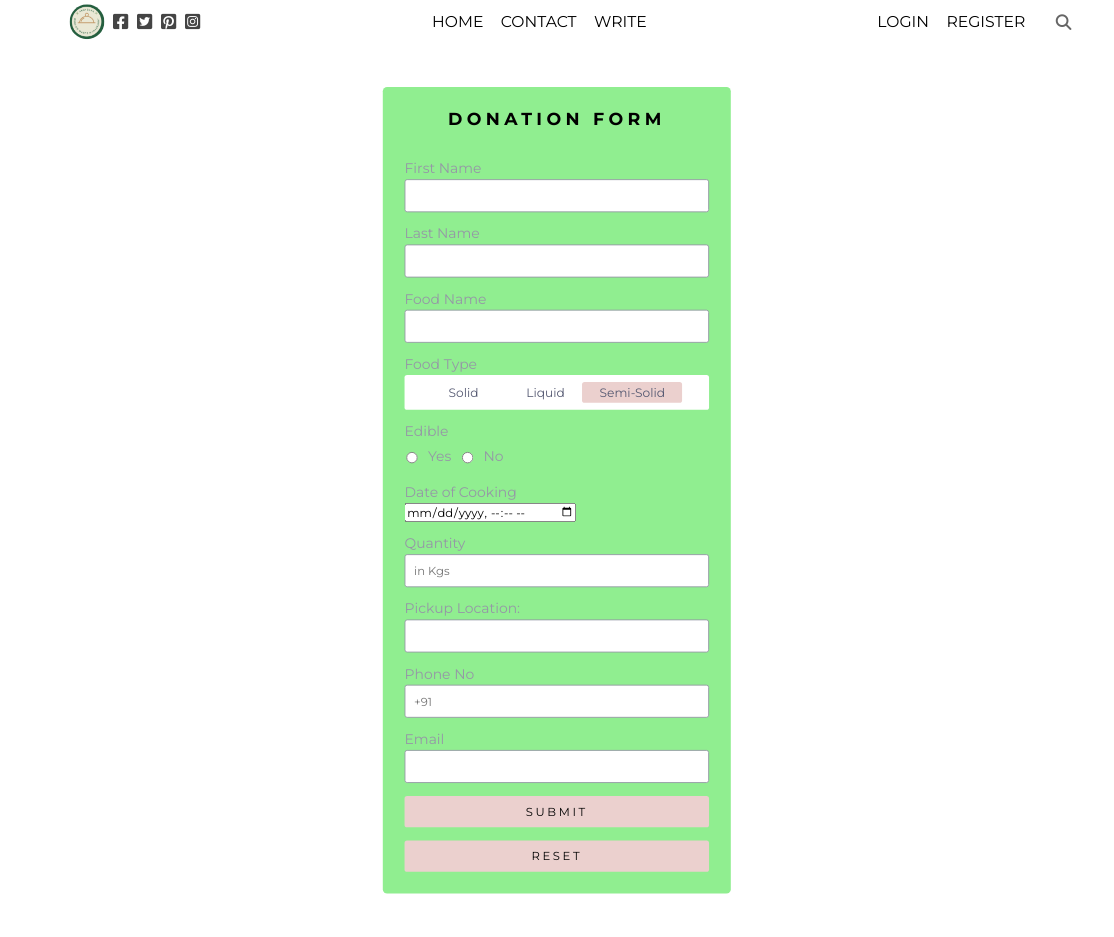
Repository: blsnabrhm/anna-daan
Page: /Contact (app in client/)
An editor plug-in stored every save of this project. The page is shown before and after the next save, followed by the edit.
The browser window is 1280 px wide. The pictures show the whole page, at 87% of full size.
Some web libraries are served in a nearby version. The project was rebuilt for these pictures with package versions that can differ from the ones it lists, and the page was loaded fresh each time. Also part of the build but not shown: client/src/components/header/header.css, client/src/components/header/Header.jsx, client/src/components/posts/posts.css, client/src/components/posts/Posts.jsx, client/src/components/sidebar/sidebar.css, client/src/components/sidebar/SideBar.jsx, client/src/pages/home/home.css, client/src/pages/home/Home.jsx and 13 more. Imported but missing from the stored project, and not drawn on this page: client/src/components/post/Post.

Above is the page before, as saved 2022-04-22 09:17:54.

After the next save:
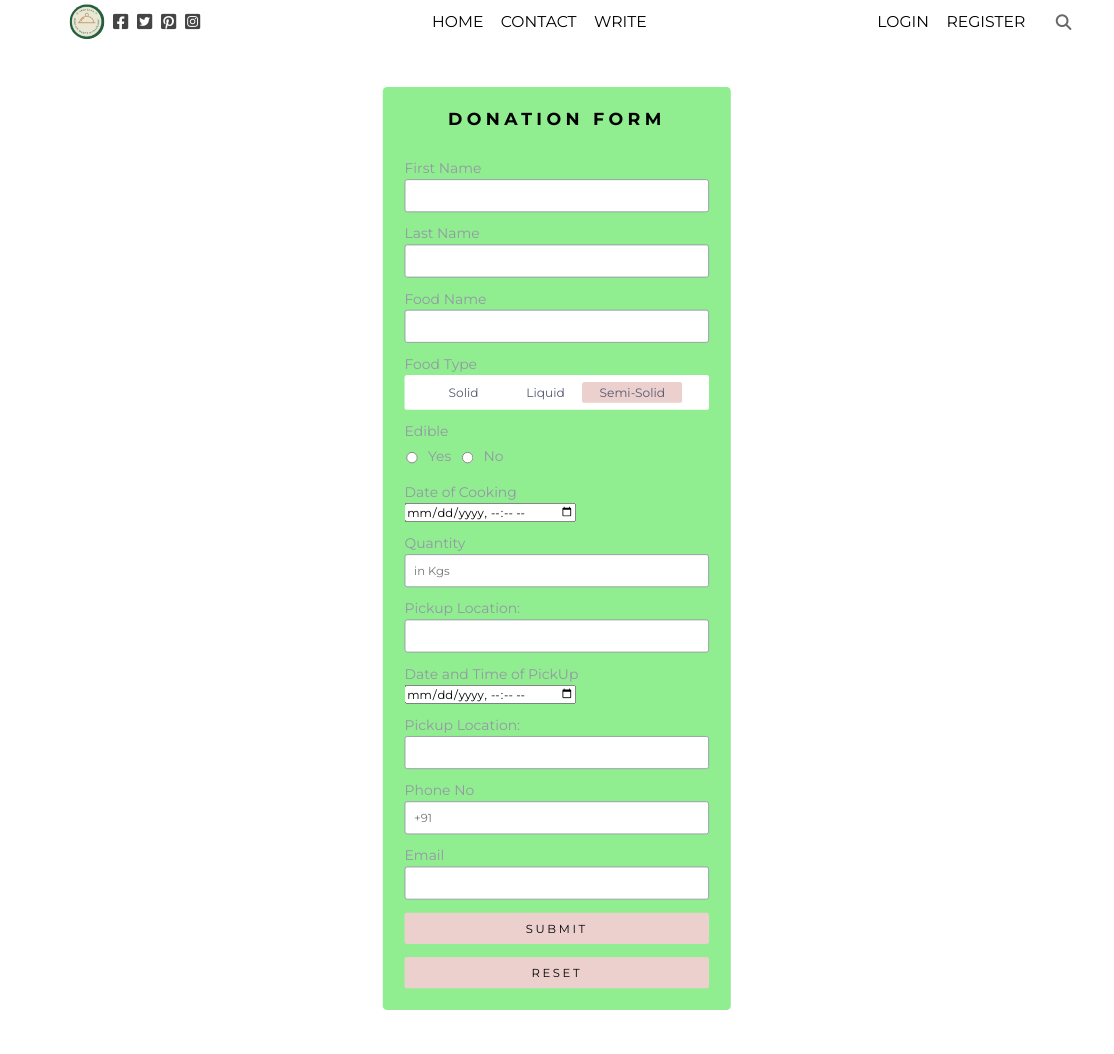
Saved 41 s later.
--- a/client/src/pages/contact/Contact.jsx
+++ b/client/src/pages/contact/Contact.jsx
@@ -63,8 +63,16 @@ export default function Contact() {
 					<input type="datetime-local" id="dot" class="ta"/>
                 </div>
                 <div className='input_wrap'>
-                <label for="quant">Quantity</label>
+                    <label for="quant">Quantity</label>
 					<input type="number" id="quant" placeholder="in Kgs"/>
+                </div>
+                <div className='input_wrap'>
+                    <label for="loc">Pickup Location:</label>
+					<input type="text" id="loc" class="ta"/>
+                </div>
+                <div className='input_wrap'>
+                    <label for="pick">Date and Time of PickUp</label>
+					<input type="datetime-local" id="pick"/>
                 </div>
                 <div className='input_wrap'>
                 <label for="loc">Pickup Location:</label>
